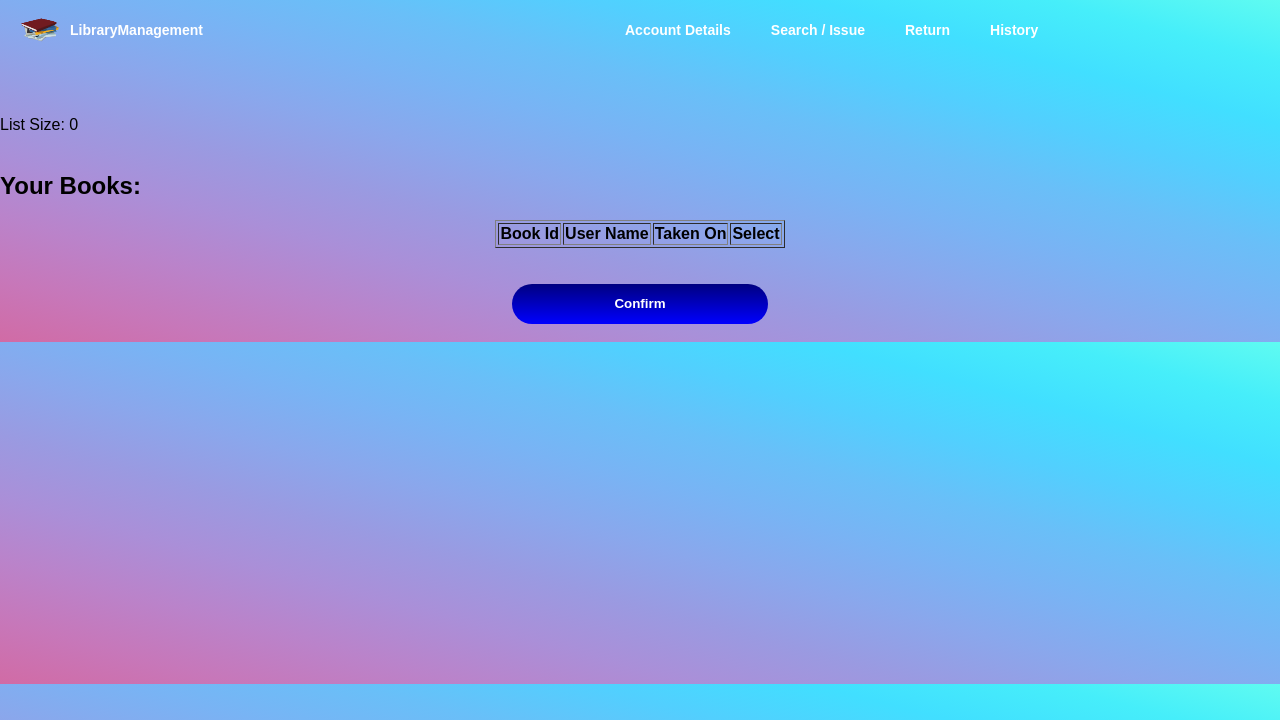
Repository: amitSai12/CMS
Page: http://localhost/LibraryManagementDemo/TranBook.jsp
The author's editor kept a copy of each file at every save. The page is drawn from the files as they stood at one save, then again after the next save.
The browser window is 1280 px wide. The pictures show the whole page.
The page is served by Tomcat 9. Other server files are loaded and not shown. Queries for data that is not in the repository find no rows.

Above is the page before, as saved 2023-10-01 19:43:25.

### Day1_Thu/LibraryManagementDemo/src/main/webapp/TranBook.jsp
<%@page import="com.java.library.Books"%>
<%@page import="java.util.List"%>
<%@page import="com.java.library.LibraryDAOImpl"%>
<%@page import="com.java.library.LibraryDAO"%>
<%@ page language="java" contentType="text/html; charset=ISO-8859-1"
	pageEncoding="ISO-8859-1"%>
<%@taglib uri="http://java.sun.com/jsp/jstl/core" prefix="c"%>
<%@taglib uri="http://java.sun.com/jsp/jstl/sql" prefix="sql"%>
<!DOCTYPE html>
<html>
<head>
<meta charset="ISO-8859-1">
<title>Insert title here</title>
<link rel="stylesheet" href="menu.css">
</head>
<body>
	<jsp:include page="Menu.jsp" />

	<%
	LibraryDAO dao = new LibraryDAOImpl();
	List<Books> returnbooksList = dao.returnBook();
	%>
	<br>
	<br> List Size:
	<%=returnbooksList.size()%>


	<br>
	<br>
	<form method="get" action="returnBook.jsp">
		<h2>Your Books:</h2>
		<center>
			<table border="1">
				<tr>
					<th>Book Id</th>
					<th>User Name</th>
					<th>Taken On</th>
					<th>Select</th>
				</tr>
				</center>
				<%
				for (Books book : returnbooksList) {
				%>
				<tr>
					<td><%=book.getId()%></td>
					<td><%=book.getName()%></td>
					<td><%=book.getFromDate()%></td>
					<%-- <td><input type="checkbox"id="check2" name="check2"
				 value="<%=book.getId()%>">
				</td> --%>
					<td><input type="checkbox" id="check<%=book.getId()%>"
						name="box" value="<%=book.getId()%>"></td>
					<%
					}
					%>

			</table>
			<br>
			<br> <input type="submit" value="Confirm" id="return" /><br>
			<br>
	</form>
	</center>
</body>
</html>

### Day1_Thu/LibraryManagementDemo/src/main/webapp/Menu.jsp
<!DOCTYPE html PUBLIC "-//W3C//DTD HTML 4.01 Transitional//EN" "http://www.w3.org/TR/html4/loose.dtd">
<html>
<head>
<meta http-equiv="Content-Type" content="text/html; charset=ISO-8859-1">
<title>User Account Page</title>
<link rel="stylesheet" href="menu.css">
</head>
<body>
	<div class="logo">
		<img
			src="kisspng-book-clip-art-vector-books-5aa7e41834c997.8769820715209523442162.png"
			alt="Your Logo"> <span class="logo-text">LibraryManagement</span>

	<div class="menu">
		<div class="atwo">
			<a href="AccountDetails.jsp">Account Details</a>
		</div>
		<div class="atwo">
			<a href="Search.jsp">Search / Issue</a>
		</div>
		<div class="atwo">
			<a href="TranBook.jsp">Return</a>
		</div>
		<div class="atwo">
			<a href="History.jsp">History</a>
		</div>
	</div>
	</div>



</body>
</html>

### Day1_Thu/LibraryManagementDemo/src/main/java/com/java/library/LibraryDAO.java
package com.java.library;

import java.sql.SQLException;
import java.util.List;

public interface LibraryDAO {

	String createUser(LibUsers libUsers) throws ClassNotFoundException, SQLException;

	int authenticate(LibUsers libUsers) throws ClassNotFoundException, SQLException;

	List<Books> searchBooks(String searchType, String searchValue) throws ClassNotFoundException, SQLException;

	String updateBooks(int bookId,String user) throws ClassNotFoundException, SQLException;

	Books getBookById(int Id) throws ClassNotFoundException, SQLException;

	Books getBookByUser(String User) throws ClassNotFoundException, SQLException;

	List<Books> returnBook() throws ClassNotFoundException, SQLException;

	String returnBooks(int bookId, String userName) throws ClassNotFoundException, SQLException;
}

### Day1_Thu/LibraryManagementDemo/src/main/java/com/java/library/LibraryDAOImpl.java
package com.java.library;

import java.sql.Connection;
import java.sql.PreparedStatement;
import java.sql.ResultSet;
import java.sql.SQLException;
import java.util.ArrayList;
import java.util.List;

import com.mysql.cj.xdevapi.Result;

public class LibraryDAOImpl implements LibraryDAO {

	Connection connection;
	PreparedStatement pst;

// to create user and password -----------------------------------------------
	@Override
	public String createUser(LibUsers libUsers) throws ClassNotFoundException, SQLException {
		connection = ConnectionHelper.getConnection();
		String enPwd = EncryptPassword.getCode(libUsers.getPassword());
		String cmd = "Insert into LibUsers(Username,Password) values(?,?)";
		pst = connection.prepareStatement(cmd);
		pst.setString(1, libUsers.getUserName());
		pst.setString(2, enPwd);
		pst.executeUpdate();
		return "Your Account Created ...";
	}

// login for existing users --------------------------------------------------------
	@Override
	public int authenticate(LibUsers libUsers) throws ClassNotFoundException, SQLException {
		connection = ConnectionHelper.getConnection();
		String encr = EncryptPassword.getCode(libUsers.getPassword());
		String cmd = "select count(*) cnt from LibUsers where userName=? AND Password=?";
		pst = connection.prepareStatement(cmd);
		pst.setString(1, libUsers.getUserName());
		pst.setString(2, encr.trim());
		ResultSet rs = pst.executeQuery();
		rs.next();
		int count = rs.getInt("cnt");
		return count;

	}

// to search the list of books by their id, name and all -------------------------------------
	@Override
	public List<Books> searchBooks(String searchType, String searchValue) throws ClassNotFoundException, SQLException {
		String sql;
		boolean isValid = true;
		if (searchType.equals("id")) {
			sql = "SELECT * from Books where Id=?";
		} else if (searchType.equals("bookname")) {
			sql = "SELECT * from Books where name=?";
		} else if (searchType.equals("authorname")) {
			sql = "SELECT * from Books where author=?";
		} else if (searchType.equals("dept")) {
			sql = "SELECT * from Books where dept=?";
		} else {
			isValid = false;
			sql = "SELECT * from Books";
		}
		connection = ConnectionHelper.getConnection();
		pst = connection.prepareStatement(sql);
		if (isValid == true) {
			pst.setString(1, searchValue);
		}
		ResultSet rs = pst.executeQuery();
		Books books = null;
		List<Books> booksList = new ArrayList<Books>();
		while (rs.next()) {
			books = new Books();
			books.setId(rs.getInt("id"));
			books.setName(rs.getString("name"));
			books.setAuthor(rs.getString("author"));
			books.setEdition(rs.getString("edition"));
			books.setDept(rs.getString("dept"));
			books.setNoOfBooks(rs.getInt("TotalBooks"));
			booksList.add(books);

		}
		return booksList;
	}

// to issue the book and update them in the table by subtracting one book from db -------------------
	@Override
	public String updateBooks(int bookId, String user) throws ClassNotFoundException, SQLException {
		connection = ConnectionHelper.getConnection();
		Books book = getBookById(bookId);

		if (hasUserIssuedBook(bookId, user)) {
			return "You have already issued this book.";
		} else {

			String cmd = "UPDATE Books SET TotalBooks = TotalBooks - 1 WHERE Id = ?";
			pst = connection.prepareStatement(cmd);
			pst.setInt(1, bookId);
			pst.executeUpdate();
			cmd = "Insert into TranBook(bookId,userName) values(?,?)";
			pst = connection.prepareStatement(cmd);
			pst.setInt(1, bookId);
			pst.setString(2, user);
			pst.executeUpdate();
			return "Book Issued Successfully";
		}
	}

// to get the bookId ------------------------------------------------------------------------

	@Override
	public Books getBookById(int Id) throws ClassNotFoundException, SQLException {
		Connection connection = ConnectionHelper.getConnection();
		PreparedStatement preparedStatement = null;
		ResultSet resultSet = null;
		Books book = null;

		try {
			String query = "SELECT * FROM Books WHERE Id = ?";
			preparedStatement = connection.prepareStatement(query);
			preparedStatement.setInt(1, Id);
			resultSet = preparedStatement.executeQuery();

			if (resultSet.next()) {
				// Retrieve book details from the result set
				int id = resultSet.getInt("Id");
				String name = resultSet.getString("Name");
				String author = resultSet.getString("Author");
				String edition = resultSet.getString("Edition");
				String dept = resultSet.getString("Dept");
				int noOfBooks = resultSet.getInt("TotalBooks");
				// Retrieve other book details...

				// Create a Books object with retrieved details
				book = new Books(id, name, author, edition, dept, noOfBooks);
			}
		} catch (SQLException e) {
			e.printStackTrace();
			// Handle any exceptions or log errors
		} finally {
			// Close database resources (connection, statement, and result set)
			// Handle resource closing exceptions if necessary
		}

		return book;
	}

// to get the user -----------------------------------------------------------------------------
	@Override
	public Books getBookByUser(String User) throws ClassNotFoundException, SQLException {
		Connection connection = ConnectionHelper.getConnection();
		PreparedStatement preparedStatement;
		ResultSet resultSet;
		Books book1 = null;

		try {
			String query = "SELECT * FROM Books WHERE UserName = ?";
			preparedStatement = connection.prepareStatement(query);
			preparedStatement.setString(1, User);
			resultSet = preparedStatement.executeQuery();

			if (resultSet.next()) {
				// Retrieve book details from the result set
				int id = resultSet.getInt("Id");
				String name = resultSet.getString("Name");
				String author = resultSet.getString("Author");
				String edition = resultSet.getString("Edition");
				String dept = resultSet.getString("Dept");
				int noOfBooks = resultSet.getInt("TotalBooks");
				// Retrieve other book details...

				// Create a Books object with retrieved details
				book1 = new Books(id, name, author, edition, dept, noOfBooks);
			}
		} catch (SQLException e) {
			e.printStackTrace();
			// Handle any exceptions or log errors
		} finally {
			// Close database resources (connection, statement, and result set)
			// Handle resource closing exceptions if necessary
		}

		return book1;
	}

	private boolean hasUserIssuedBook(int bookId, String user) throws SQLException {
		// Check if the user has already issued the same book
		String query = "SELECT COUNT(*) FROM TranBook WHERE bookId = ? AND userName = ?";
		PreparedStatement preparedStatement = null;
		ResultSet resultSet = null;

		try {
			preparedStatement = connection.prepareStatement(query);
			preparedStatement.setInt(1, bookId);
			preparedStatement.setString(2, user);
			resultSet = preparedStatement.executeQuery();

			if (resultSet.next()) {
				int count = resultSet.getInt(1);
				return count > 0;
			}
		} finally {
			// Close resources
			if (resultSet != null) {
				resultSet.close();
			}
			if (preparedStatement != null) {
				preparedStatement.close();
			}
		}

		return false;
	}

	@Override
	public String returnBooks(int bookId, String userName) throws ClassNotFoundException, SQLException {
		/*
		 * connection = ConnectionHelper.getConnection();
		 *
		 *
		 * Books book = getBookById(bookId); Books book1 = getBookByUser(user);
		 *
		 *
		 * String cmd = "DELETE FROM TranBook WHERE bookId = ? AND userName = ?"; pst =
		 * connection.prepareStatement(cmd); pst.setInt(1, bookId);
		 *
		 * pst.setString(2, user); pst.executeUpdate();
		 *
		 * cmd = "Insert into transreturn(bookId,userName) values(?,?)"; pst =
		 * connection.prepareStatement(cmd); pst.setInt(1, bookId); pst.setString(2,
		 * user); pst.executeUpdate();
		 *
		 * cmd = "UPDATE Books SET TotalBooks = TotalBooks + 1 WHERE Id = ?"; pst =
		 * connection.prepareStatement(cmd); pst.setInt(1, bookId); pst.executeUpdate();
		 */
		connection = ConnectionHelper.getConnection();
		String cmd = "Delete from tranbook where bookId = ?";
		pst = connection.prepareStatement(cmd);
		pst.setInt(1, bookId);
		pst.executeUpdate();

		cmd =  "update books set TotalBooks=TotalBooks+1 where id =?";
		pst = connection.prepareStatement(cmd);
		pst.setInt(1, bookId);
		pst.executeUpdate();

		cmd = "Insert into transreturn (userName,bookId) values(?,?)";
		pst = connection.prepareStatement(cmd);
		pst.setString(1, userName);
		pst.setInt(2, bookId);

		pst.executeUpdate();
		return "Book Returned Sucessfully";
	}

	@Override
	public List<Books> returnBook() throws ClassNotFoundException, SQLException {
		connection = ConnectionHelper.getConnection();
		String sql = "SELECT * from tranbook";
		pst = connection.prepareStatement(sql);
		ResultSet rs = pst.executeQuery();
		Books books = null;
		List<Books> returnbooksList = new ArrayList<Books>();
		while (rs.next()) {
			books = new Books();
			books.setId(rs.getInt("bookid"));
			books.setName(rs.getString("Username"));
			books.setFromDate(rs.getDate("fromDate"));
			returnbooksList.add(books);

		}
		return returnbooksList;
	}

}

### Day1_Thu/LibraryManagementDemo/src/main/java/com/java/library/ConnectionHelper.java
package com.java.library;

import java.sql.Connection;
import java.sql.DriverManager;
import java.sql.SQLException;
import java.util.ResourceBundle;

public class ConnectionHelper {

	public static Connection getConnection() throws ClassNotFoundException, SQLException {
		ResourceBundle rb = ResourceBundle.getBundle("db");
		String driver = rb.getString("driver");
		String url = rb.getString("url");
		String user = rb.getString("user");
		String pwd = rb.getString("password");

		Connection connection = null;
		Class.forName(driver);
		connection = DriverManager.getConnection(url, user, pwd);
		return connection;
	}
}

### Day1_Thu/LibraryManagementDemo/src/main/webapp/menu.css
body {
    font-family: Arial, sans-serif;
   background-image: linear-gradient(to right top, #d16ba5, #c777b9, #ba83ca, #aa8fd8, #9a9ae1, #8aa7ec, #79b3f4, #69bff8, #52cffe, #41dfff, #46eefa, #5ffbf1);
    margin: 0;
    padding: 0;
}

.logo {

    display: flex;
    align-items: center;
    padding: 10px 20px;
    color: white;
    margin-bottom: 20px; /* Adjust margin to create space below the logo */
}

/* Style the logo image */
.logo img {
    width: 40px; /* Adjust the width as needed */
    height: 40px; /* Adjust the height as needed */
    margin-right: 10px; /* Add some spacing between the image and text */
}

/* Style the logo text */
.logo-text {
    font-size: 14px; /* Adjust the font size as needed */
    font-weight: bold; /* Make the text bold */
}

.menu {
	 position: fixed;
    display: flex;
    justify-content: flex-end; /* Move menu to the right top corner */
    padding: 10px 20px; /* Adjust padding as needed */
    border-radius: 31px;
   margin-left: 565px;
}

.menu a {
    text-decoration: none; /* Remove the default underline */
    color: white;
    font-weight: bold;
    padding: 10px 20px;
    border-radius: 5px;
    position: relative; /* Add relative positioning */
    transition: color 0.3s;/* Add transitions for color and background-color */
    font-size: 14px;
}

.menu a-text {
    font-size: 6px; /* Adjust the font size as needed */
    font-weight: bold;
}

.menu a::before {
    content: ""; /* Create an empty pseudo-element */
    position: absolute; /* Set absolute positioning */
    bottom: 0; /* Position it at the bottom */
    left: 10%; /* Align it with the left edge of the link */
    width: 0%; /* Initially, the width is 0% */
    height: 2px; /* Set the height of the underline */
   background-image: linear-gradient(to right, #1b009f, #131d93, #1b2a84, #273273, #323961, #353b57, #393d4d, #3d3e42, #3c3c3f, #3a3a3c, #39393a, #373737); /* Color of the underline */
    transition: width 0.5s ease; /* Add a transition for width */
}

.menu a:hover {
 color:rgb(255, 255, 255);
}

.menu a:hover::before {
    width: 80%; /* Expand the width of the underline on hover */
}



/* Rest of your CSS styles */
/* ... */

/* Style the Issue and Return buttons */
input#issue,
input#return {
    background: linear-gradient(to bottom, rgb(0, 0, 128), rgb(0, 0, 255));
    width: 20%;
    border-radius: 29px;
    color: white;
    height: 40px;
    border: 2px;
    cursor: pointer;
    transition: background-color 0.3s ease;
    font-weight: bold;
}

input#issue:hover,
input#return:hover {
    background: linear-gradient(to bottom, rgb(0, 128, 255), rgb(0, 255, 255));
}

After the next save:
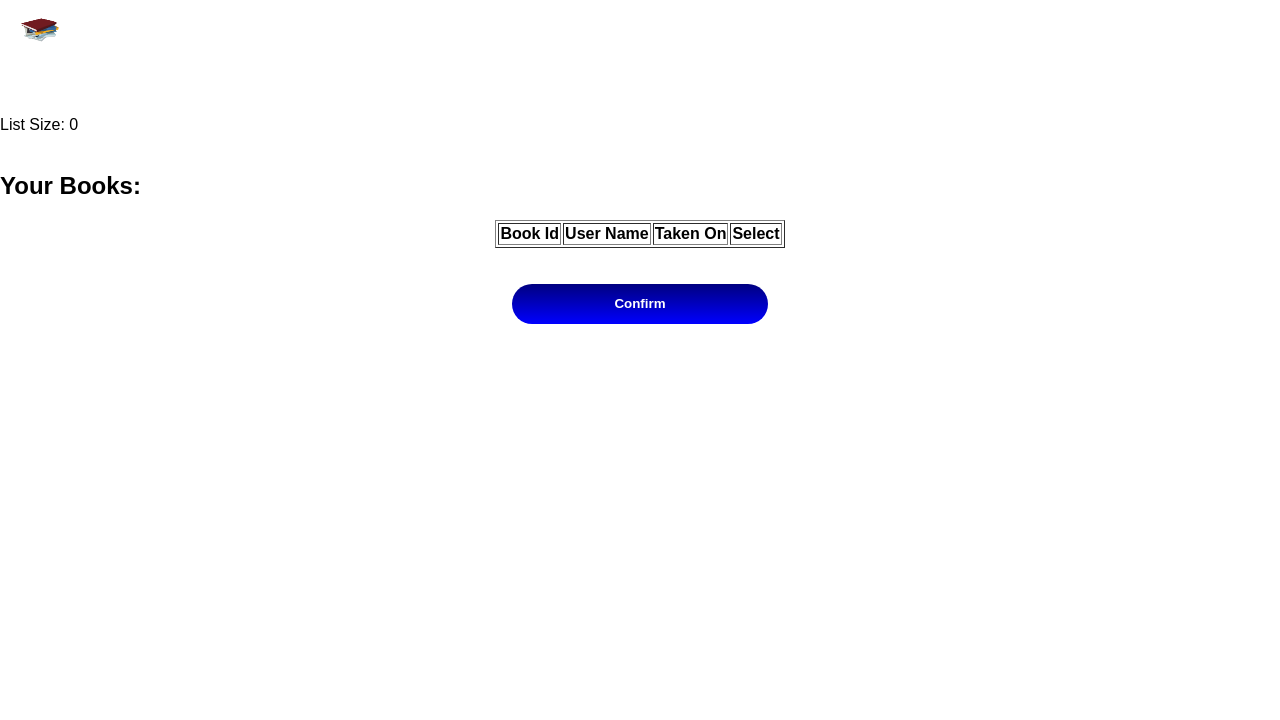
Saved 20 s later.
--- a/Day1_Thu/LibraryManagementDemo/src/main/webapp/menu.css
+++ b/Day1_Thu/LibraryManagementDemo/src/main/webapp/menu.css
@@ -1,6 +1,6 @@
 body {
     font-family: Arial, sans-serif;
-   background-image: linear-gradient(to right top, #d16ba5, #c777b9, #ba83ca, #aa8fd8, #9a9ae1, #8aa7ec, #79b3f4, #69bff8, #52cffe, #41dfff, #46eefa, #5ffbf1);
+   background-color: linear-gradient(to right top, #d16ba5, #c777b9, #ba83ca, #aa8fd8, #9a9ae1, #8aa7ec, #79b3f4, #69bff8, #52cffe, #41dfff, #46eefa, #5ffbf1);
     margin: 0;
     padding: 0;
 }

After the save that followed:
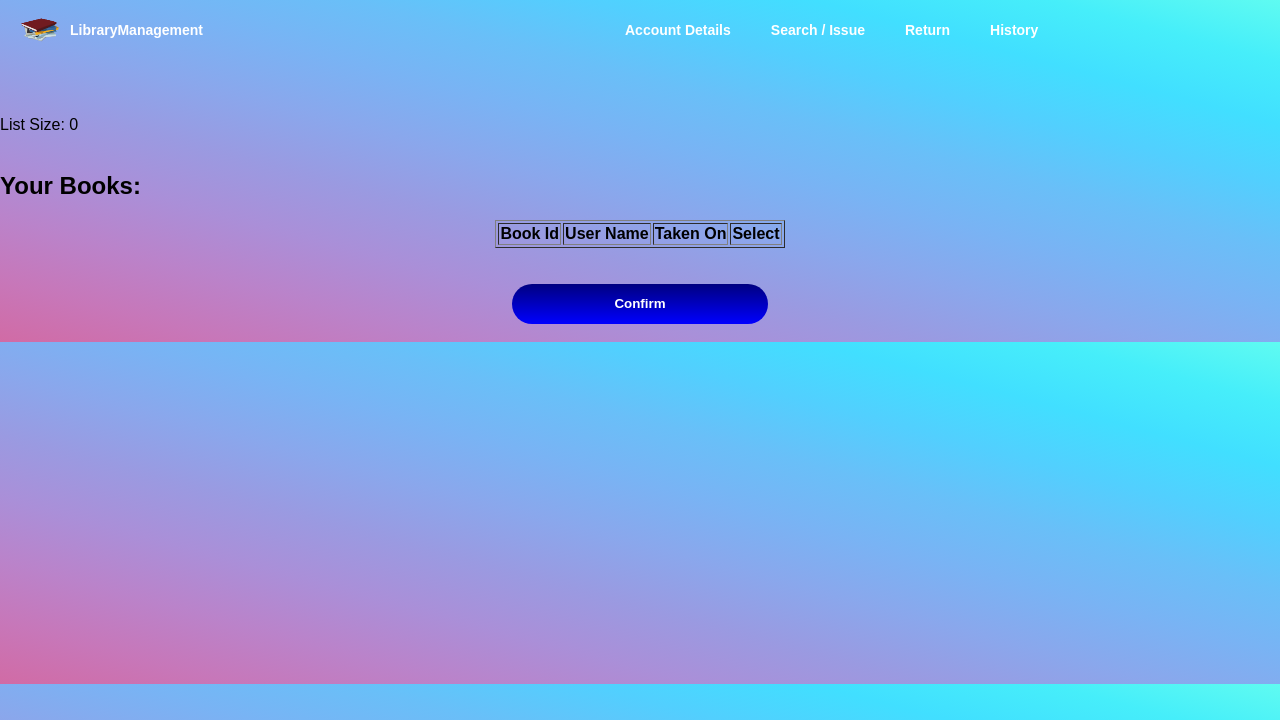
Saved 7 s later.
--- a/Day1_Thu/LibraryManagementDemo/src/main/webapp/menu.css
+++ b/Day1_Thu/LibraryManagementDemo/src/main/webapp/menu.css
@@ -1,6 +1,6 @@
 body {
     font-family: Arial, sans-serif;
-   background-color: linear-gradient(to right top, #d16ba5, #c777b9, #ba83ca, #aa8fd8, #9a9ae1, #8aa7ec, #79b3f4, #69bff8, #52cffe, #41dfff, #46eefa, #5ffbf1);
+   background-image: linear-gradient(to right top, #d16ba5, #c777b9, #ba83ca, #aa8fd8, #9a9ae1, #8aa7ec, #79b3f4, #69bff8, #52cffe, #41dfff, #46eefa, #5ffbf1);
     margin: 0;
     padding: 0;
 }
